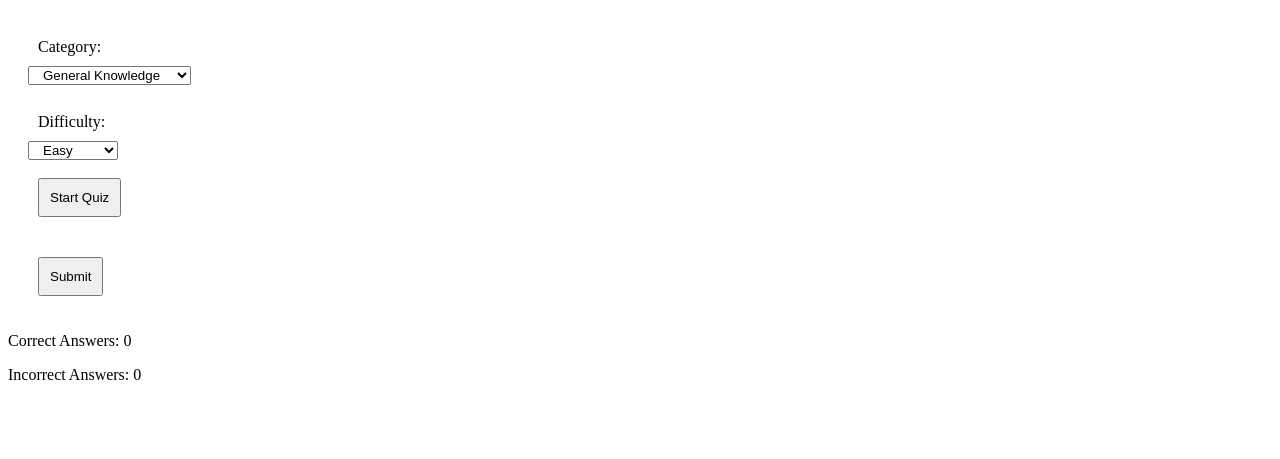
Repository: Kayla-amr/triviaSvelte
Page: /
The author's editor kept a copy of each file at every save. The page is drawn from the files as they stood at one save, then again after a run of saves.
The browser window is 1280 px wide. The pictures show the whole page.
The project was rebuilt for these pictures with package versions that can differ from the ones it lists, and the page was loaded fresh each time. The framework's server and built-in components were replaced by stand-ins that run in the browser. Also part of the build but not shown: svelte.config.js, vite.config.js.

Above is the page before, as saved 2023-03-18 09:23:22.

After the next 2 saves:
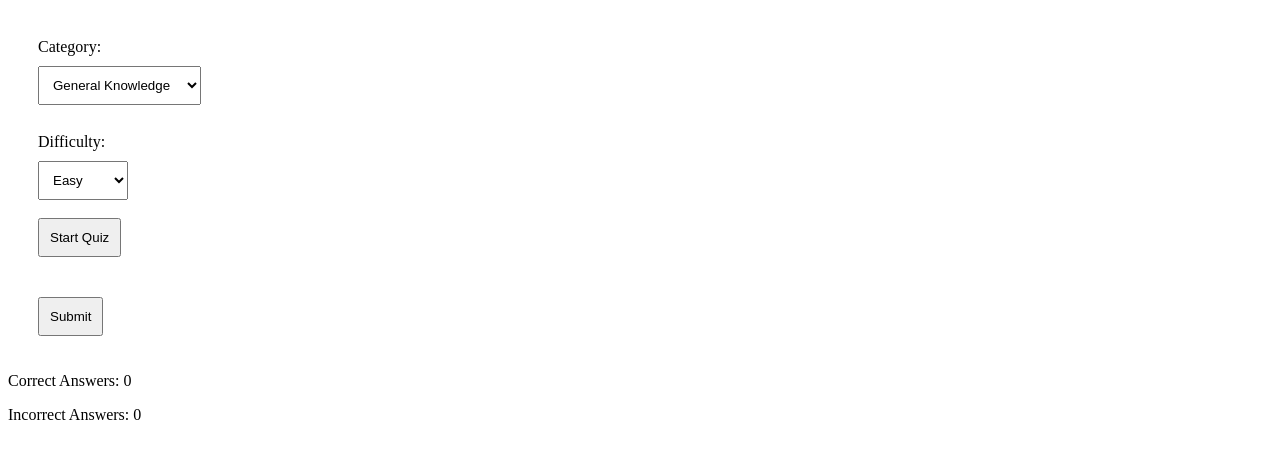
The 2 saves are shown as one change because they came seconds apart.
The last was saved 10 s later.
--- a/src/routes/+page.svelte
+++ b/src/routes/+page.svelte
@@ -108,8 +108,8 @@
         padding: 10px;
     }
     select {
-        margin: 0;
-        padding: 0 10px;
+        margin: 0 10px;
+        padding: 10px;
     }
     button {
         padding: 10px;
